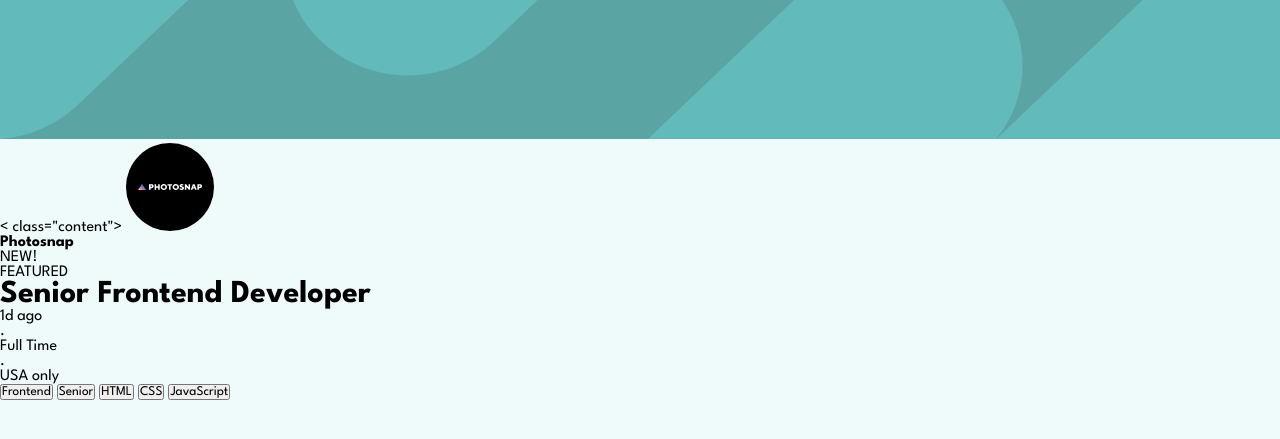
Repository: Eldream12/JobListing
Page: index.html
These files come from the project's save history. The page is drawn as it stood at one moment and after the next save; the edit follows.
The browser window is 1280 px wide. The pictures show the whole page.

Above is the page before, as saved 2025-03-31 11:03:19.

### index.html
<!DOCTYPE html>
<html lang="en">
	<head>
		<meta charset="UTF-8" />
		<meta name="viewport" content="width=device-width, initial-scale=1.0" />
		<title>Job Listing</title>
		<link rel="stylesheet" href="style/style.css" />
	</head>

	<body>
		<header>
			<div>
				<img src="Images/bg-header-desktop.svg" alt="NavHeader" />
			</div>
		</header>

		<main>
			<div class="content-carrier">
				< class="content">
					<img src="Images/photosnap.svg" alt="photosnap" />
					<div class="content-text">
						<div class="txt-1">
							<h4>Photosnap</h4>
							<p>NEW!</p>
							<p>FEATURED</p>
						</div>
						<div class="txt-2">
							<h1>Senior Frontend Developer</h1>
						</div>
						<div class="txt-3">
							<p>1d ago</p>
							<p>.</p>
							<p>Full Time</p>
							<p>.</p>
							<p>USA only</p>
						</div>
					</div>
					<div class="btn">
						<button>Frontend</button>
						<button>Senior</button>
						<button>HTML</button>
						<button>CSS</button>
						<button>JavaScript</button>
					</div>
				</div>
			</div>
		</main>
		<footer></footer>
	</body>
</html>

### style/style.css
@import url("https://fonts.googleapis.com/css2?family=League+Spartan:wght@100..900&display=swap");

* {
	font-family: League Spartan;
	margin: 0;
	padding: 0;
	box-sizing: border-box;
}

html body {
  background-color: hsl(180, 52%, 96%);
}

header img {
	width: 100%;
	background-color: hsl(180, 29%, 50%);
}

.content-carrier .content {
  display: flex;
  background-color: #ffffff;
  align-items: center;
  justify-content: space-between;
}

.content-carrier .content .txt-1 {
  display: flex;
}

.content-carrier .content .txt-3 {
  display: flex;
}

After the next save:
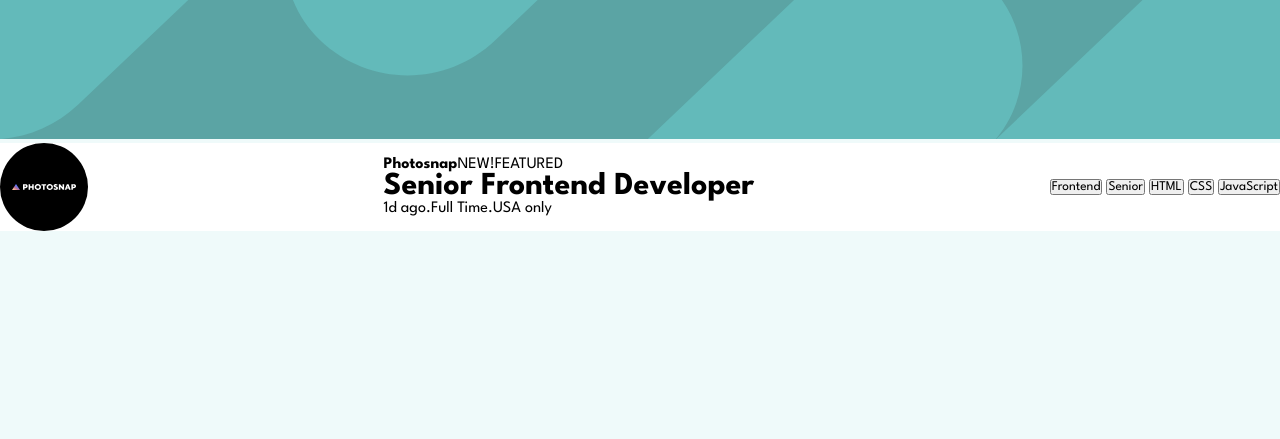
Saved 4 s later.
--- a/index.html
+++ b/index.html
@@ -16,7 +16,7 @@
 
 		<main>
 			<div class="content-carrier">
-				< class="content">
+				<div class="content">
 					<img src="Images/photosnap.svg" alt="photosnap" />
 					<div class="content-text">
 						<div class="txt-1">
